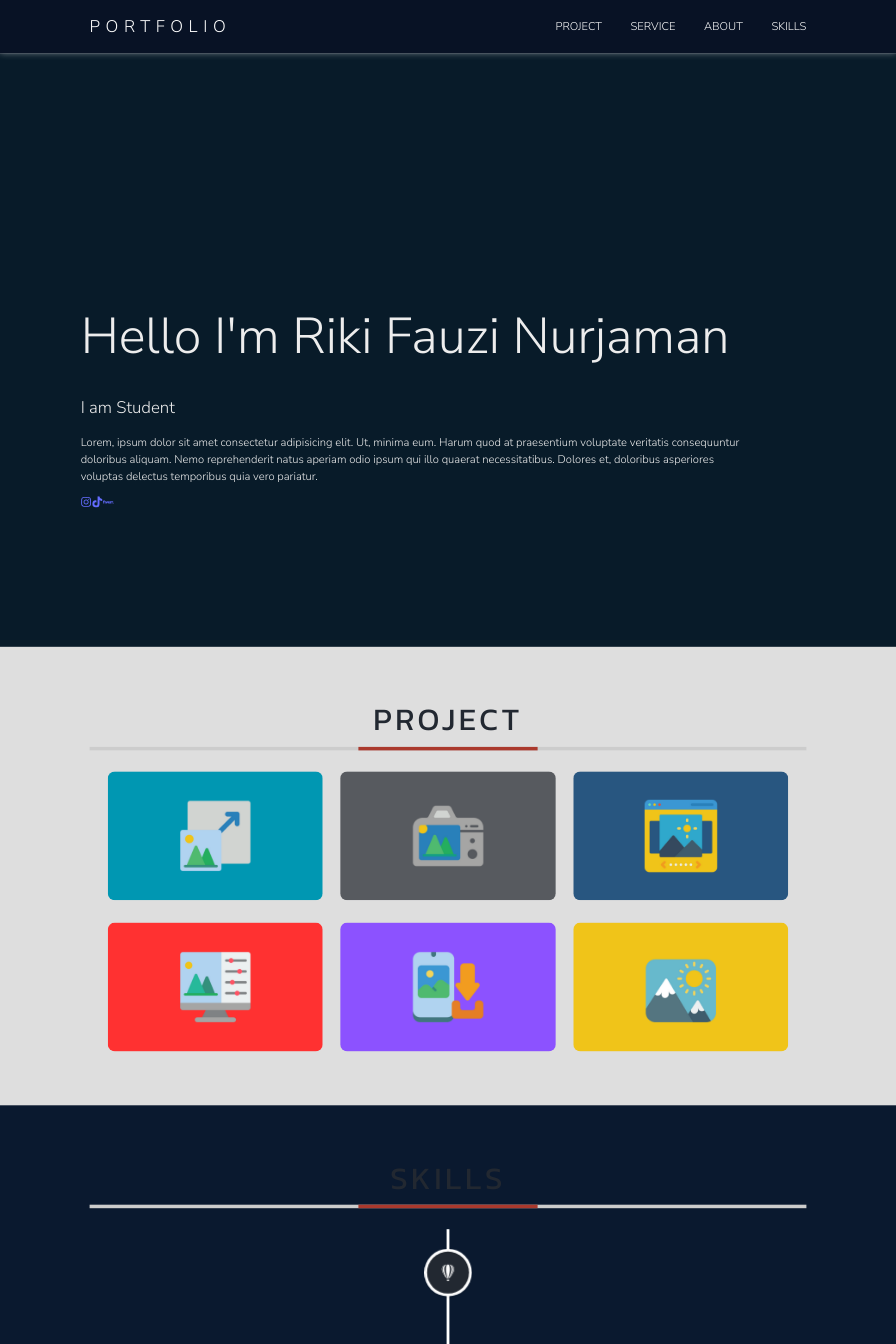
Repository: sellayspy/Portofolio
Page: /
The author's editor kept a copy of each file at every save. The page is drawn from the files as they stood at one save, then again after the next save.
The browser window is 1280 px wide. The pictures show the part of the page from y = 0 to 1920 px (the page is 3976 px tall before and 3983 px after), at 70% of full size.
The project was rebuilt for these pictures with package versions that can differ from the ones it lists, and the page was loaded fresh each time. Also part of the build but not shown: vite.config.js, src/styles/DetailPortfolio.css, src/components/ScrollToTop.jsx, src/pages/DetailPortfolio.jsx, src/pages/PagesNotFound.jsx.

Above is the page before, as saved 2024-09-15 15:57:15.

After the next save:
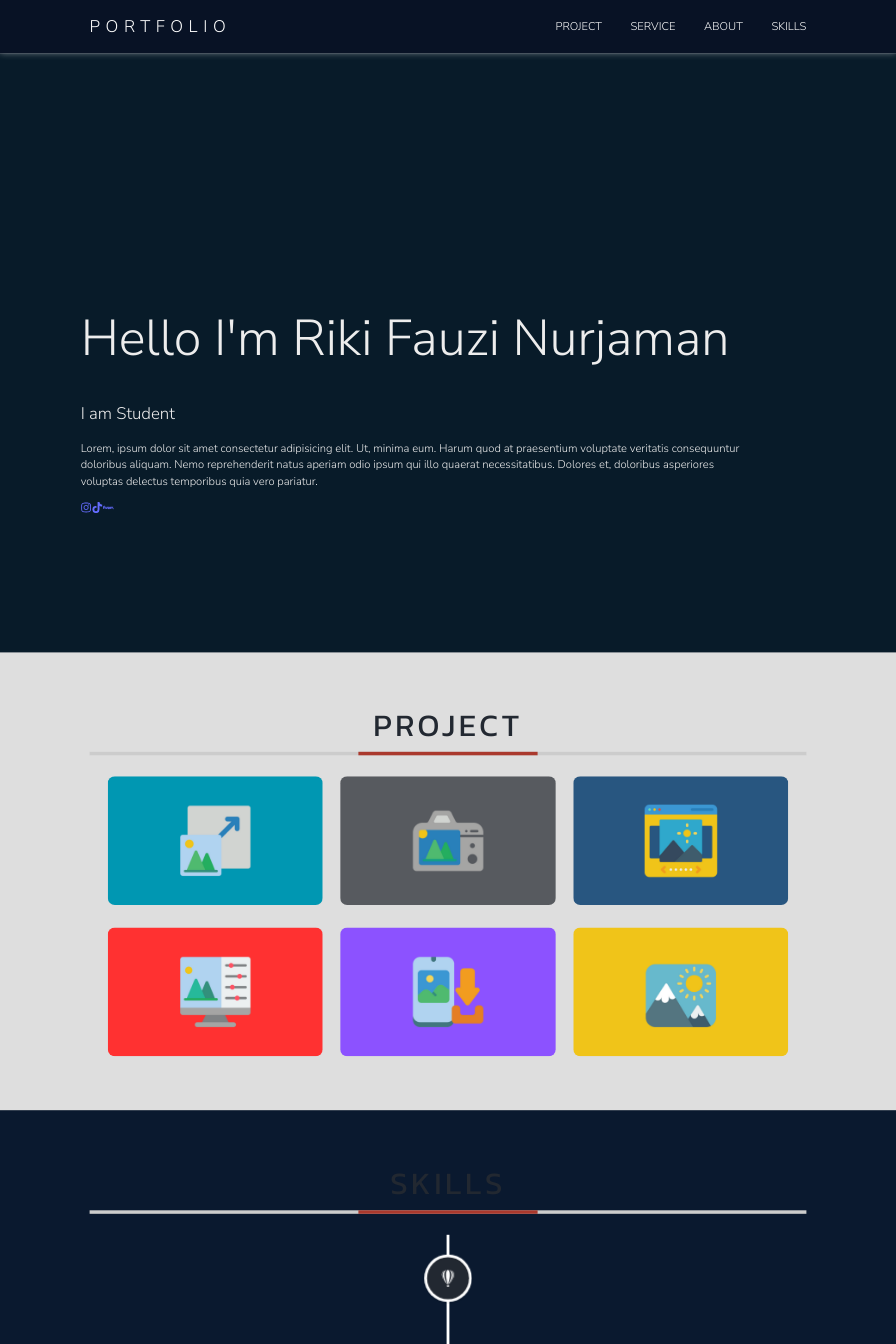
Saved 15 s later.
--- a/src/styles/Header.css
+++ b/src/styles/Header.css
@@ -18,7 +18,6 @@ header {
 
 .header-jumbotron h1 {
   font-size: 4.5rem;
-  line-height: 1;
 }
 
 /* .header-jumbotron > img {
